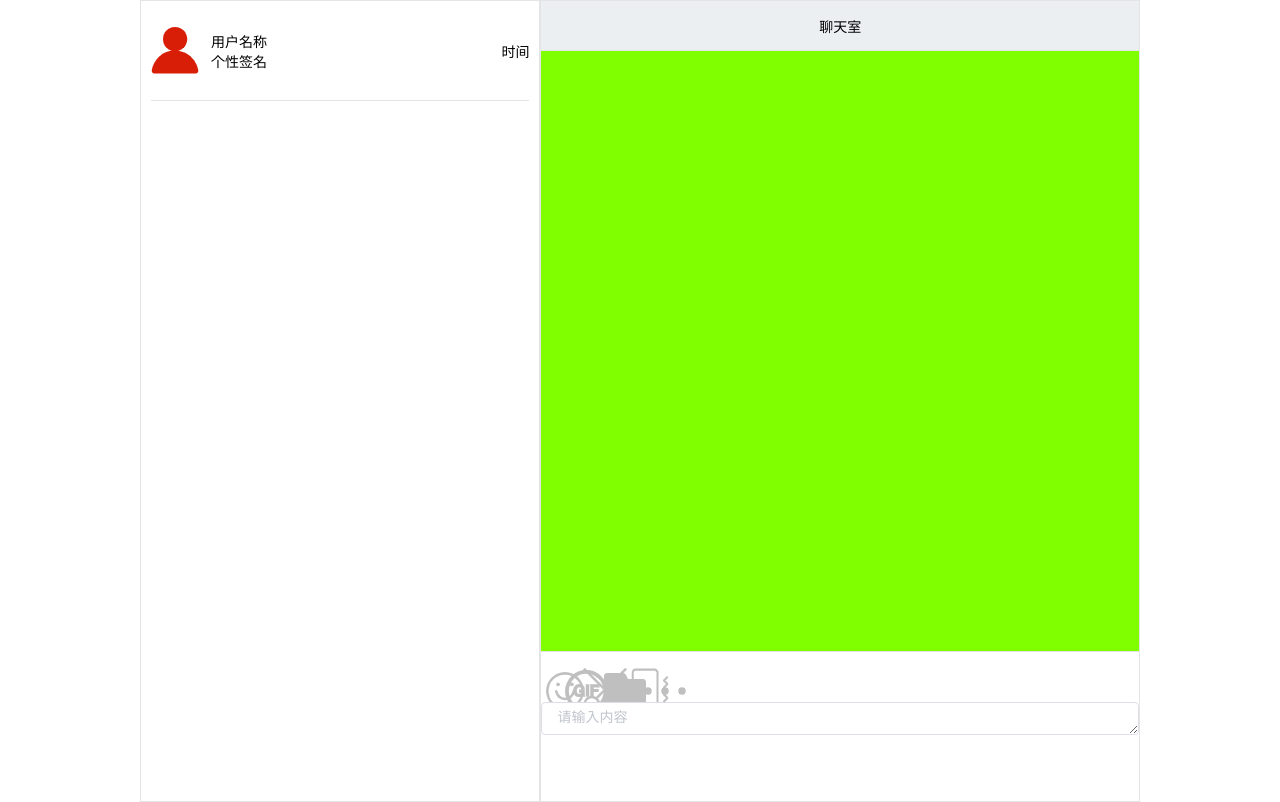
Repository: jinggegeZ/livechat
Page: /
The author's editor kept a copy of each file at every save. The page is drawn from the files as they stood at one save, then again after the next save.
The browser window is 1280 px wide. The pictures show the whole page.
The project was rebuilt for these pictures with package versions that can differ from the ones it lists, and the page was loaded fresh each time.

Above is the page before, as saved 2020-08-17 12:43:30.

### src/main.js
import Vue from 'vue'
import App from './App.vue'
import router from './router'
import store from './store'
import ElementUI from 'element-ui';
import 'element-ui/lib/theme-chalk/index.css';

Vue.config.productionTip = false
Vue.use(ElementUI);
new Vue({
  router,
  store,
  render: h => h(App)

}).$mount('#app')

### src/App.vue
<template>
  <div id="app">

    <router-view/>
  </div>
</template>

<style lang="scss">
*{
  margin: 0;
  padding: 0;
}
</style>

### src/views/Home.vue
<template>
  <div class="content">
    <div class="content-c">
      <div class="box">
        <!-- 用户信息 -->
        <div class="box1">
          <div class="box1-1">
            <div class="box1-1-1">
              <!-- 头像 -->
              <div class="img">
                <img src="../../public/image/active-my.png" alt />
              </div>
              <!-- 用户信息 -->
              <div>
                <div>用户名称</div>
                <div>个性签名</div>
              </div>
            </div>
            <!-- 时间 -->
            <div>时间</div>
          </div>
        </div>
        <!-- 聊天信息 -->
        <div class="box2">
          <div class="box2-1">
              <div class="box2-1-top">聊天室</div>
              <div class="box2-1-body">

              </div>
          </div>
          <div class="box2-2">
            <div class="box2-2-1">
              <div class="img1"><img src="../../public/image/small.png" alt=""></div>
              <div class="img1"><img src="../../public/image/GIF.png" alt=""></div>
              <div class="img1"><img src="../../public/image/chose.png" alt=""></div>
              <div class="img1"><img src="../../public/image/word.png" alt=""></div>
              <div class="img1"><img src="../../public/image/move.png" alt=""></div>
               <div class="img1"><img src="../../public/image/more.png" alt=""></div>
            </div>
            <div class="box2-2-2">
            <el-input type="textarea" v-model="input" placeholder="请输入内容" autosize="true"></el-input>
            </div>
          </div>
        </div>
      </div>
    </div>
  </div>
</template>

<script>
export default {
  name: "",
  props: {},
  components: {},
  data() {
    return {
      input:''
    };
  },
  methods: {},
  mounted() {},
  watch: {},
  computed: {},
};
</script>

<style scoped lang='scss'>
.content {
  width: 100%;
  display: flex;
  justify-content: center;
  font-size: 14px;
}
.content-c {
  width: 95%;
  display: flex;
  justify-content: center;
  align-items: center;
}
.box {
  width: 1000px;
  height: 800px;
  background: white;
  display: flex;
}
.box1 {
  flex: 4;
  height: 100%;
  display: flex;
  justify-content: center;
  border: 1px solid rgb(228, 228, 228);
}
.box1-1 {
  width: 95%;
  height: 99px;
  border-bottom: 1px solid rgb(228, 228, 228);
  display: flex;
  align-items: center;
  justify-content: space-between;
}
.box1-1-1 {
  display: flex;
  align-items: center;
  height: 100%;
}
.img {
  width: 50px;
  height: 50px;
  border-radius: 50%;
  margin-right: 10px;
}
.img1 {
  width: 20px;
  height: 20px;
}
.box2 {
  flex: 6;
  height: 100%;
  position: relative;
  border: 1px solid rgb(228, 228, 228);
}
.box2-2 {
  position: absolute;
  bottom: 0;
  width: 100%;
  height: 149px;
  z-index: 1;
  border-top: 1px solid rgb(228, 228, 228);
}
.box2-1-top {
  width: 100%;
  height: 49px;
  border-bottom: 1px solid rgb(228, 228, 228);
  display: flex;
  justify-content: center;
  align-items: center;
  background: rgb(235,239,242);
}
.box2-1-body {
  width: 100%;
  height: 600px;
  background: chartreuse;
}
.box2-2-1 {
  width: 100%;
  height: 50px;
  display: flex;
  align-items: center;
}
.box2-2-2 {
  width: 100%;
  height: 100px;
}
</style>

Loaded but not shown: public/index.html (common file); src/router/index.js (common file); src/store/index.js (common file)

After the next save:
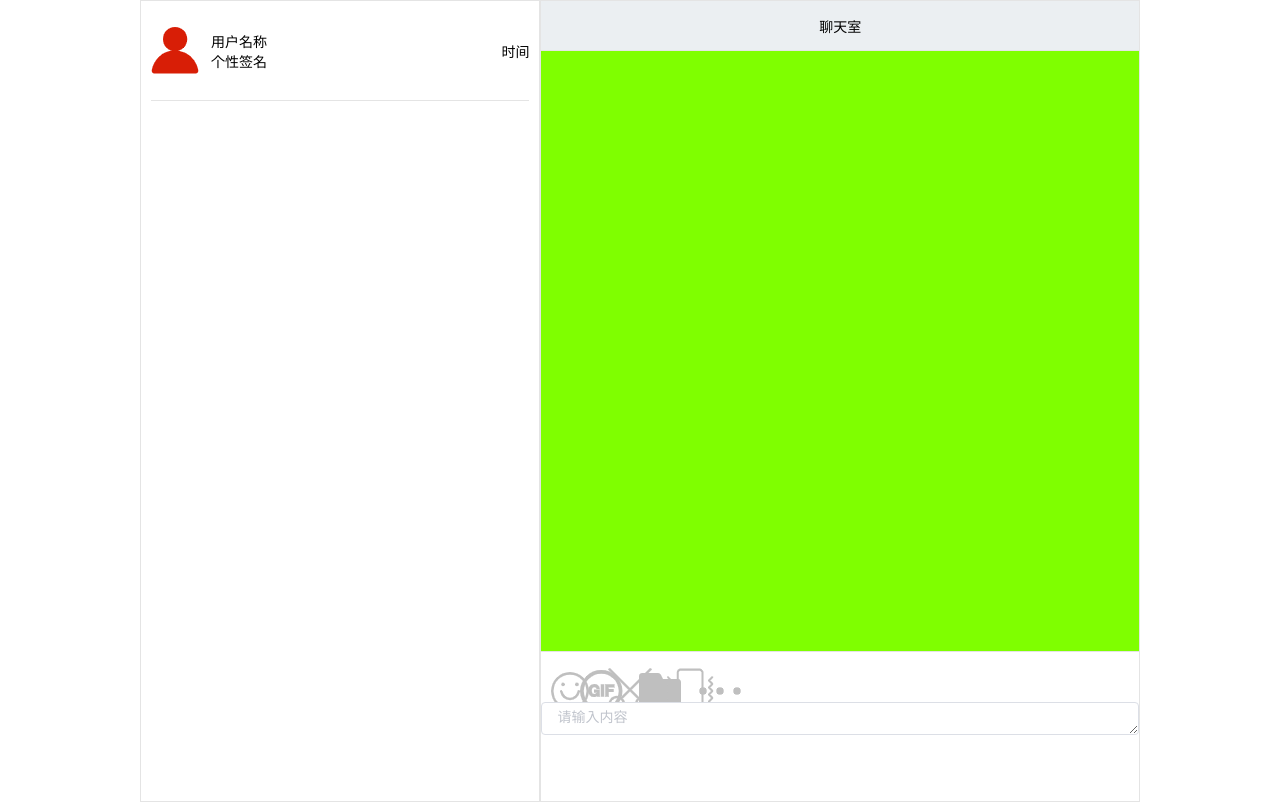
Saved 15 s later.
--- a/src/views/Home.vue
+++ b/src/views/Home.vue
@@ -112,6 +112,7 @@ export default {
 .img1 {
   width: 20px;
   height: 20px;
+  margin: 5px;
 }
 .box2 {
   flex: 6;
